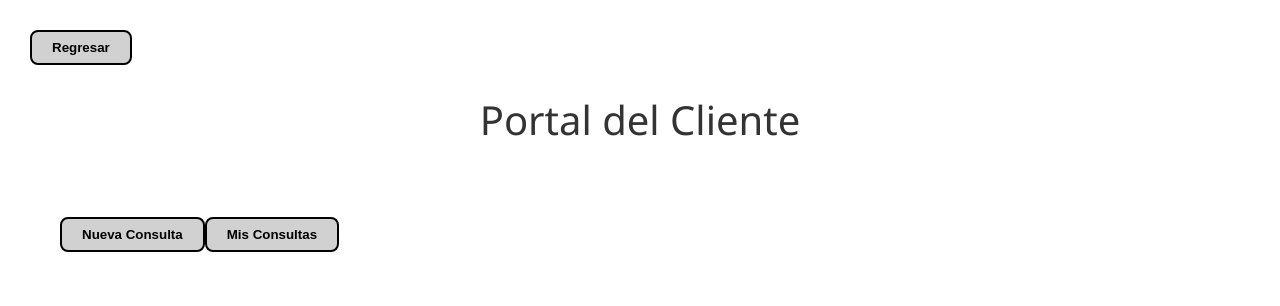
Repository: Devcodery/Trabajo-Fin-de-Grado
Page: http://localhost/Proyecto_Grupo3/vistas/portalCliente.jsp
The author's editor kept a copy of each file at every save. The page is drawn from the files as they stood at one save, then again after the next save.
The browser window is 1280 px wide. The pictures show the whole page.
The page is served by Tomcat 9. Other server files are loaded and not shown.

Above is the page before, as saved 2026-05-06 18:36:37.

### java/Proyecto_Grupo3/src/main/webapp/vistas/portalCliente.jsp
<%@ page language="java" contentType="text/html; charset=UTF-8"
    pageEncoding="UTF-8"%>
<!DOCTYPE html>
<html>
<head>
<meta charset="UTF-8">
<title>Portal Cliente</title>
<link rel="stylesheet" type="text/css" href="../style/style.css">
</head>
<body>
	<div class="nav">
        <button class="btn">Regresar</button>
    </div>
    <h1 class="titulo">Portal del Cliente</h1>

    <div class="layout">
		<button class="btn" href="/formularioSolicitud.php">Nueva Consulta</a>
		<button class="btn" href="/">Mis Consultas</a>
	</div>
</body>
</html>

### java/Proyecto_Grupo3/src/main/webapp/style/style.css
body {
    font-family: 'Segoe UI', Arial, sans-serif;
    margin: 0;
    padding: 30px;
    background-color: #ffffff;
    color: #333;
}

.nav {
    display: flex;
    justify-content: space-between;
    margin-bottom: 20px;
}

.btn {
    background-color: #d1d1d1;
    border: 2px solid #000;
    border-radius: 8px;
    padding: 8px 20px;
    font-weight: bold;
    cursor: pointer;
}

.titulo {
    text-align: center;
    font-size: 40px;
    margin-bottom: 40px;
    font-weight: normal;
}

.label {
    display: block;
    font-size: 18px;
    font-weight: 600;
    margin-bottom: 10px;
}

.info-content {
    font-size: 16px;
    line-height: 1.6;
    margin-bottom: 40px;
}

.scroll-box {
    border: 2px solid #000;
    border-radius: 12px;
    padding: 15px;
    overflow-y: scroll;
    background: #fff;
}

.height-consultas { height: 160px; }
.height-servicios { height: 380px; }

ul {
    list-style: none;
    padding: 0;
    margin: 0;
}

li {
    padding: 12px 5px;
    border-bottom: 1px solid #eee;
}

li:last-child {
    border-bottom: none;
}

.scroll-box::-webkit-scrollbar {
    width: 14px;
}
.scroll-box::-webkit-scrollbar-track {
    background: #f0f0f0;
    border-radius: 0 10px 10px 0;
}
.scroll-box::-webkit-scrollbar-thumb {
    background: #444;
    border-radius: 10px;
    border: 2px solid #f0f0f0;
}

.layout{
	margin: 0;
    padding: 30px;
    background-color: #ffffff;
    color: #333;
    cursor: default;

}

After the next save:
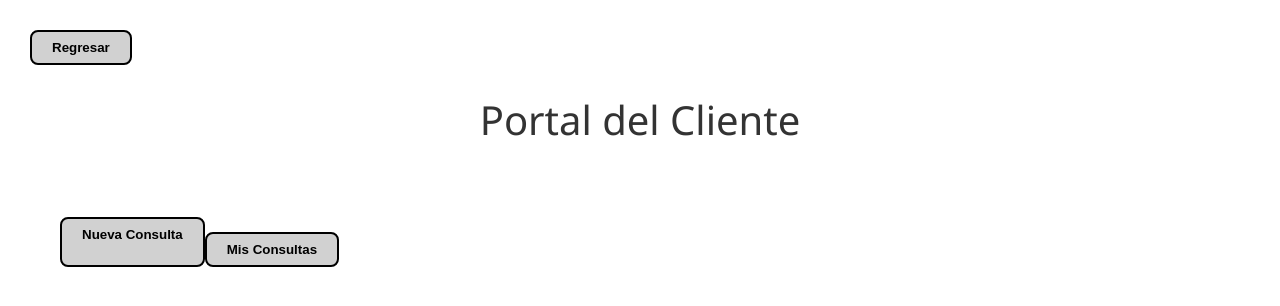
Saved 25 s later.
--- a/java/Proyecto_Grupo3/src/main/webapp/vistas/portalCliente.jsp
+++ b/java/Proyecto_Grupo3/src/main/webapp/vistas/portalCliente.jsp
@@ -15,6 +15,7 @@
 
     <div class="layout">
 		<button class="btn" href="/formularioSolicitud.php">Nueva Consulta</a>
+		<br><br>
 		<button class="btn" href="/">Mis Consultas</a>
 	</div>
 </body>

After the save that followed:
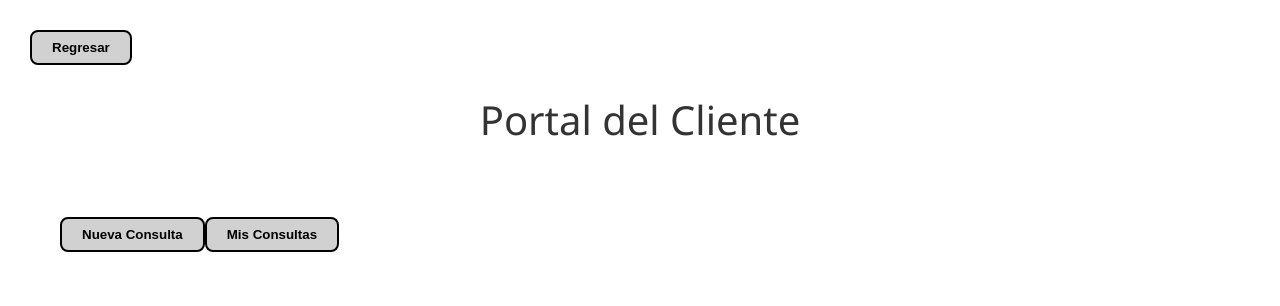
Saved 11 s later.
--- a/java/Proyecto_Grupo3/src/main/webapp/vistas/portalCliente.jsp
+++ b/java/Proyecto_Grupo3/src/main/webapp/vistas/portalCliente.jsp
@@ -15,7 +15,6 @@
 
     <div class="layout">
 		<button class="btn" href="/formularioSolicitud.php">Nueva Consulta</a>
-		<br><br>
 		<button class="btn" href="/">Mis Consultas</a>
 	</div>
 </body>
